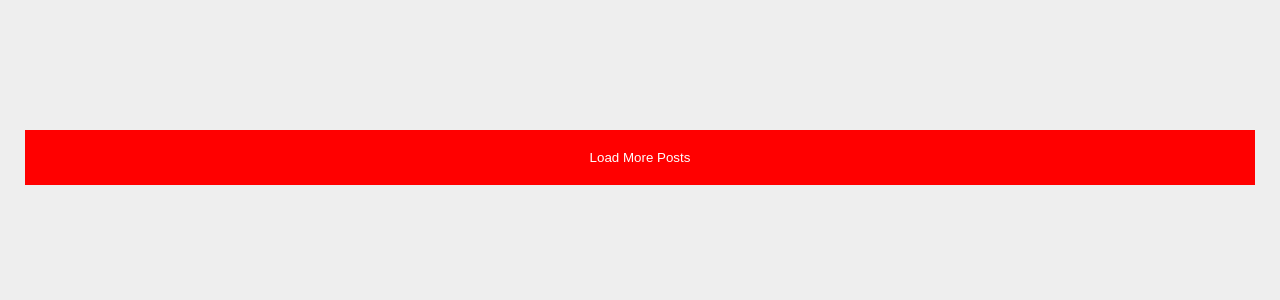
Repository: anderfmelo/temp-repo
Page: /
These files come from the project's save history. The page is drawn as it stood at one moment and after the next save; the edit follows.
The browser window is 1280 px wide. The pictures show the whole page.
The pointer rests on the first visible `button`.
The page's requests for data from a server got no answer. The project was rebuilt for these pictures with package versions that can differ from the ones it lists, and the page was loaded fresh each time. No one was signed in, and anything a server would have sent is missing. Also part of the build but not shown: src/components/PostCard/styles.css, src/components/PostCard/index.jsx.

Above is the page before, as saved 2022-04-20 11:56:19.

### public/index.html
<!DOCTYPE html>
<html lang="en">
  <head>
    <meta charset="utf-8" />
    <link rel="icon" href="%PUBLIC_URL%/favicon.ico" />
    <meta name="viewport" content="width=device-width, initial-scale=1" />
    <meta name="theme-color" content="#000000" />
    <meta
      name="description"
      content="Web site created using create-react-app"
    />
    <link rel="apple-touch-icon" href="%PUBLIC_URL%/logo192.png" />
    <!--
      manifest.json provides metadata used when your web app is installed on a
      user's mobile device or desktop. See https://developers.google.com/web/fundamentals/web-app-manifest/
    -->
    <link rel="manifest" href="%PUBLIC_URL%/manifest.json" />
    <!--
      Notice the use of %PUBLIC_URL% in the tags above.
      It will be replaced with the URL of the `public` folder during the build.
      Only files inside the `public` folder can be referenced from the HTML.

      Unlike "/favicon.ico" or "favicon.ico", "%PUBLIC_URL%/favicon.ico" will
      work correctly both with client-side routing and a non-root public URL.
      Learn how to configure a non-root public URL by running `npm run build`.
    -->
    <title>React App</title>
  </head>
  <body>
    <noscript>You need to enable JavaScript to run this app.</noscript>
    <div id="root"></div>
    <!--
      This HTML file is a template.
      If you open it directly in the browser, you will see an empty page.

      You can add webfonts, meta tags, or analytics to this file.
      The build step will place the bundled scripts into the <body> tag.

      To begin the development, run `npm start` or `yarn start`.
      To create a production bundle, use `npm run build` or `yarn build`.
    -->
  </body>
</html>

### src/index.js
import React from 'react';
import ReactDOM from 'react-dom/client';
import './styles/global-styles.css';

import Home from './templates/Home';

const root = ReactDOM.createRoot(document.getElementById('root'));
root.render(
  <React.StrictMode>
    <Home />
  </React.StrictMode>
);

### src/templates/Home/index.jsx
import "./styles.css";

import { Component } from "react";

import { loadPosts } from "../../utils/load-posts";
import { Posts } from "../../components/Posts";
import { Button } from "../../components/Button";

export class Home extends Component {
  state = {
    posts: [],
    allPosts: [],
    page: 0,
    postsPerPage: 2,
  };

  async componentDidMount() {
    await this.loadPosts();
  }

  loadPosts = async () => {
    const { page, postsPerPage } = this.state;

    const postsAndPhotos = await loadPosts();
    this.setState({
      posts: postsAndPhotos.slice(page, postsPerPage),
      allPosts: postsAndPhotos,
    });
  };

  loadMorePosts = () => {
    const { page, postsPerPage, allPosts, posts } = this.state;

    const nextPage = page + postsPerPage;
    const nextPosts = allPosts.slice(nextPage, nextPage + postsPerPage);
    posts.push(...nextPosts);

    this.setState({ posts, page: nextPage });
  };

  render() {
    const { posts } = this.state;

    return (
      <section className="container">
        <Posts posts={posts} />
        <div className="button-container">
          <Button text="Load More Posts" quandoClica={this.loadMorePosts} />
        </div>
      </section>
    );
  }
}

export default Home;

### src/templates/Home/styles.css
.container {
  max-width: 1700px;
  margin: 0 auto;
  min-height: 100vh;
  background: #eee;
  padding: 25px;
}

.button-container {
  min-height: 160px;
  display: flex;
  align-items: flex-end;
}

### src/utils/load-posts.js
export const loadPosts = async () => {
    const postsResponse = fetch(
        'https://jsonplaceholder.typicode.com/posts');

    const photosResponse = fetch(
        'https://jsonplaceholder.typicode.com/photos');

    const [posts, photos] = await Promise.all(
        [postsResponse, photosResponse]);

    const postsJson = await posts.json();
    const photosJson = await photos.json();

    const postsAndPhotos = postsJson.map((post, index) => {
        return { ...post, cover: photosJson[index].url }
    });

    return postsAndPhotos;
}

### src/components/Posts/index.jsx
import "./styles.css";

import { PostCard } from "../PostCard";

export const Posts = ({ posts }) => (
  <div className="posts">
    {posts.map((post) => (
      <PostCard
        key={post.id}
        title={post.title}
        body={post.body}
        id={post.id}
        cover={post.cover}
      />
    ))}
  </div>
);

### src/components/Button/index.jsx
import "./styles.css";

import { Component } from "react";

export class Button extends Component {
  render() {
    const { text, quandoClica } = this.props;

    return (
      <button className="button" onClick={quandoClica}>
        {text}
      </button>
    );
  }
}

### src/components/Posts/styles.css
.posts {
    display: grid;
    grid-template-columns: repeat(
      auto-fill, minmax(280px, 1fr));
      gap: 30px;
  }

### src/components/Button/styles.css
.button {
    width: 100%;
    background: darkblue;
    color: white;
    border: none;
    padding: 20px 30px;
    transition: transform 0.5s;
}

button:hover{
    transform: scale (1.5);
    background: red;
    text-emphasis-color: darkblue;
}

Loaded but not shown: src/styles/global-styles.css (common file); public/manifest.json (common file)

After the next save:
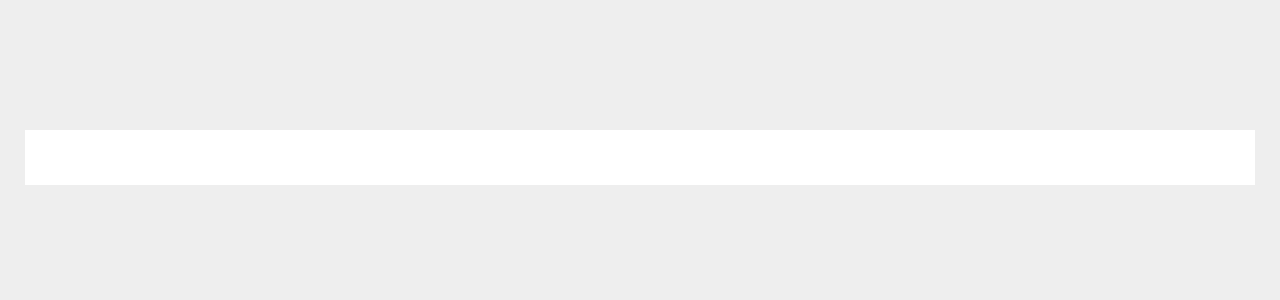
Saved 17 s later.
--- a/src/components/Button/styles.css
+++ b/src/components/Button/styles.css
@@ -8,7 +8,5 @@
 }
 
 button:hover{
-    transform: scale (1.5);
-    background: red;
-    text-emphasis-color: darkblue;
+    background: white;
 }
